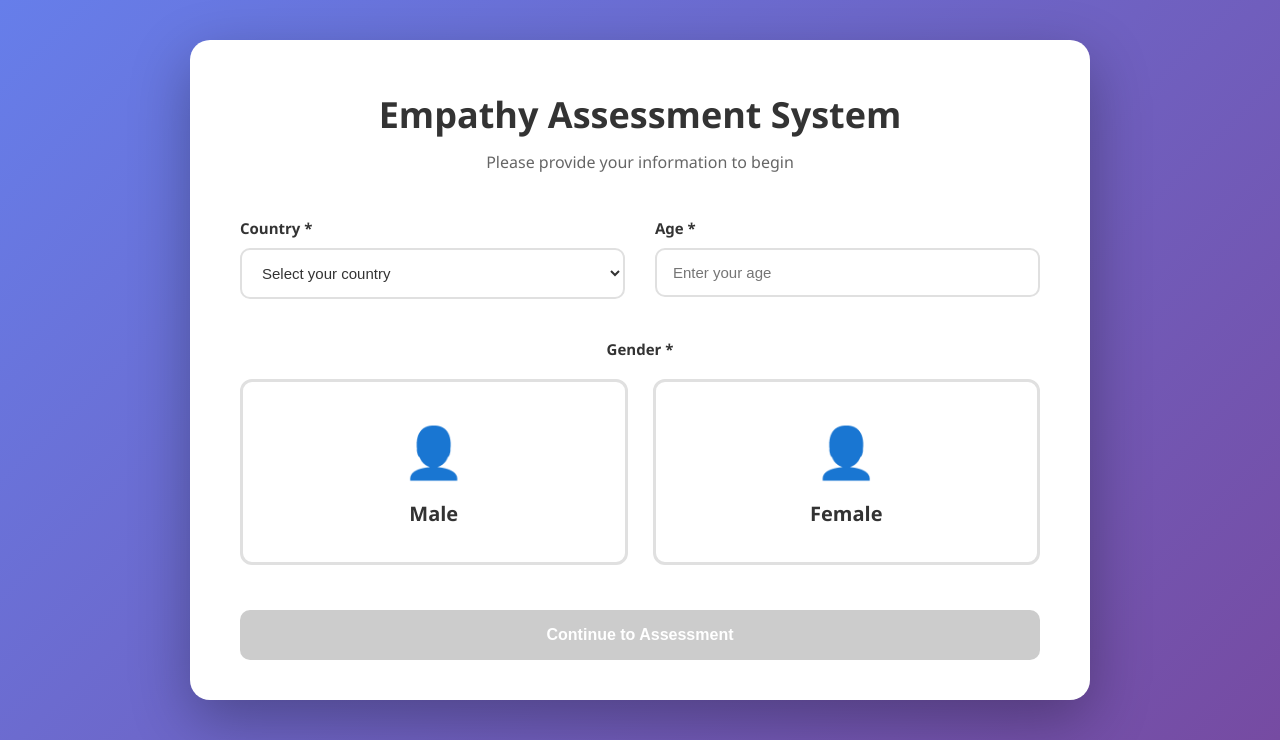
Repository: Matsuyou-Wang/MPES-system
Page: selection.html
The author's editor kept a copy of each file at every save. The page is drawn from the files as they stood at one save, then again after the next save.
The browser window is 1280 px wide. The pictures show the whole page.

Above is the page before, as saved 2025-11-25 12:52:29.

After the next save:
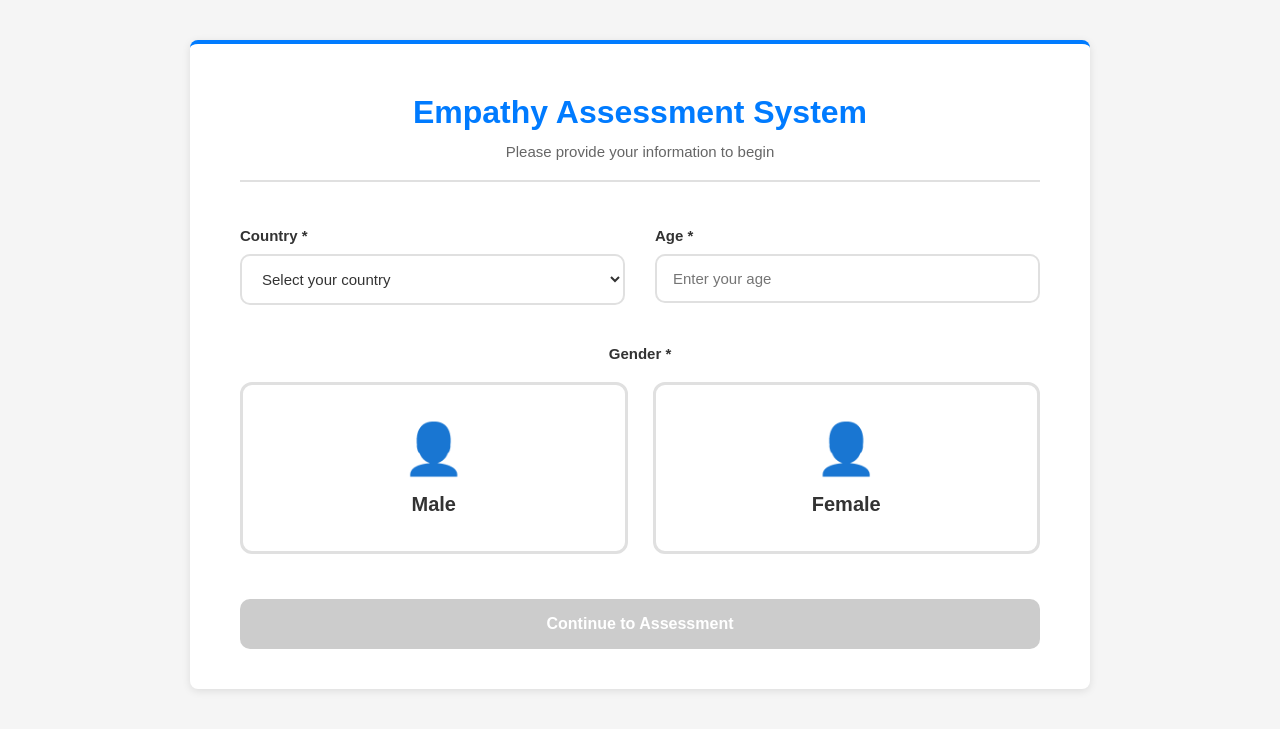
Saved 82 s later.
--- a/selection.html
+++ b/selection.html
@@ -12,8 +12,8 @@
         }
 
         body {
-            font-family: 'Segoe UI', Tahoma, Geneva, Verdana, sans-serif;
-            background: linear-gradient(135deg, #667eea 0%, #764ba2 100%);
+            font-family: 'Microsoft YaHei', 'Arial', sans-serif;
+            background-color: #f5f5f5;
             min-height: 100vh;
             display: flex;
             justify-content: center;
@@ -23,28 +23,31 @@
 
         .selection-container {
             background: white;
-            border-radius: 20px;
-            box-shadow: 0 20px 60px rgba(0, 0, 0, 0.3);
+            border-radius: 8px;
+            box-shadow: 0 2px 8px rgba(0, 0, 0, 0.1);
             max-width: 900px;
             width: 100%;
             padding: 50px 50px 40px;
+            border-top: 4px solid #007bff;
         }
 
         .header {
             text-align: center;
             margin-bottom: 45px;
+            padding-bottom: 20px;
+            border-bottom: 2px solid #e0e0e0;
         }
 
         .header h1 {
-            color: #333;
-            font-size: 36px;
+            color: #007bff;
+            font-size: 32px;
             font-weight: 600;
             margin-bottom: 12px;
         }
 
         .header p {
             color: #666;
-            font-size: 16px;
+            font-size: 15px;
         }
 
         .form-grid {
